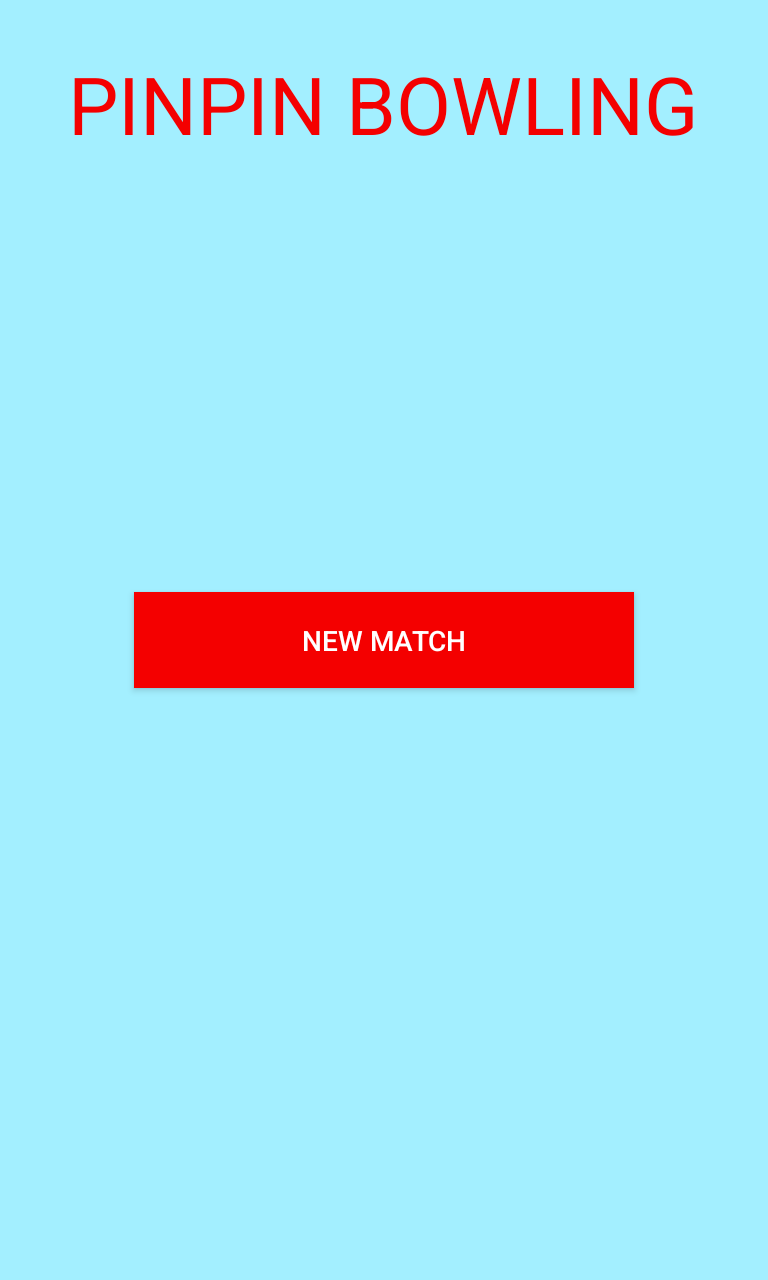
Repository: Atlaspud/TeamMasterE
Layout: BowlingGame/res/layout/main_menu_fragment.xml
These files come from the project's save history. The layout is drawn as it stood at one moment and after the next save; the edit follows.
It is drawn on a 768 x 1280 px phone screen (xhdpi) without system bars, with theme AppTheme; the app's code is not run.

Above is the layout before, as saved 2014-10-11 01:19:24.

After the next save:
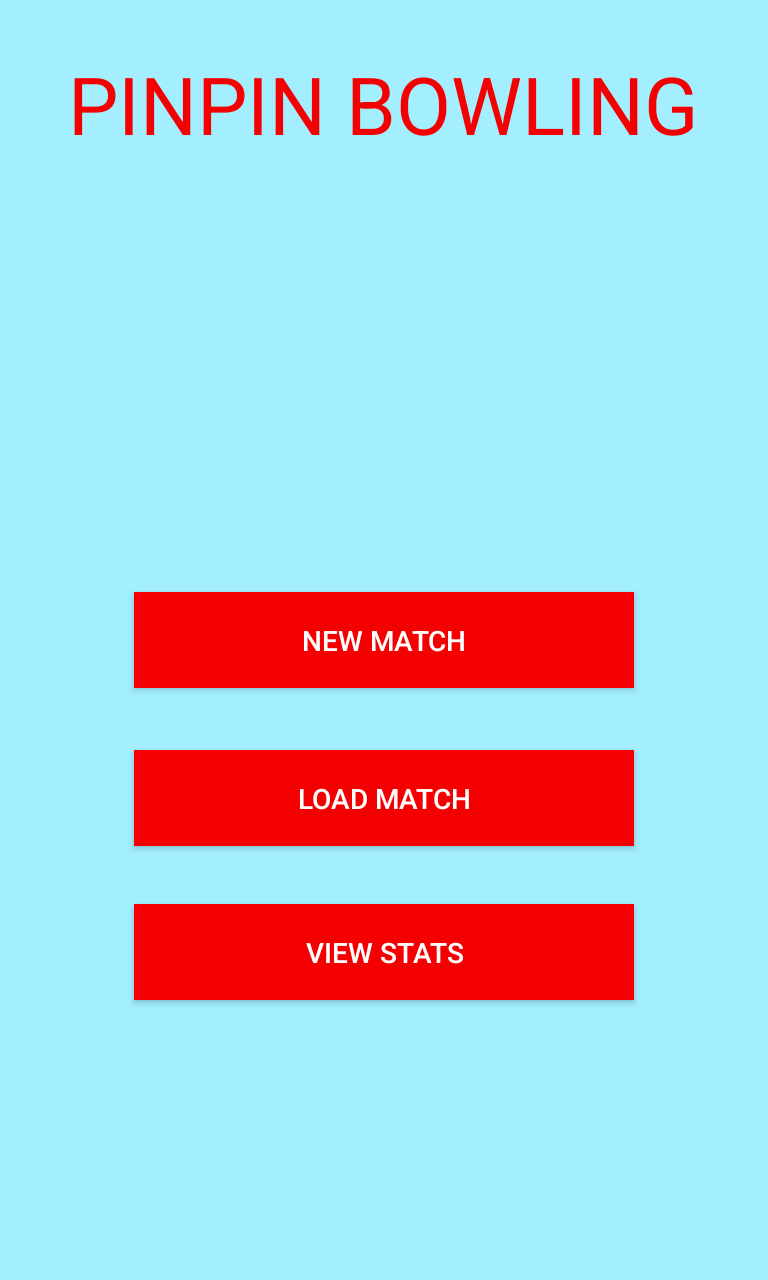
Saved 3 min 6 s later.
--- a/BowlingGame/res/layout/main_menu_fragment.xml
+++ b/BowlingGame/res/layout/main_menu_fragment.xml
@@ -29,6 +29,28 @@
         android:layout_centerVertical="true"
         android:background="@color/red"
         android:text="NEW MATCH"
-        android:textColor="@android:color/white" />
+        android:textColor="@color/white" />
+
+    <Button
+        android:id="@+id/Button01"
+        android:layout_width="250dp"
+        android:layout_height="wrap_content"
+        android:layout_alignLeft="@+id/button1"
+        android:layout_below="@+id/button1"
+        android:layout_marginTop="31dp"
+        android:background="@color/red"
+        android:text="LOAD MATCH"
+        android:textColor="@color/white" />
+
+    <Button
+        android:id="@+id/Button02"
+        android:layout_width="250dp"
+        android:layout_height="wrap_content"
+        android:layout_alignLeft="@+id/Button01"
+        android:layout_below="@+id/Button01"
+        android:layout_marginTop="29dp"
+        android:background="@color/red"
+        android:text="VIEW STATS"
+        android:textColor="@color/white" />
 
 </RelativeLayout>
